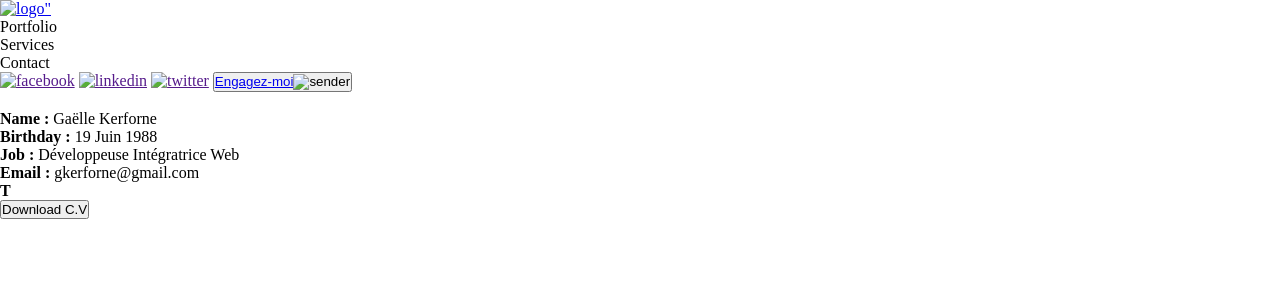
Repository: helfina/my_SiteWeb_gaelle-kfe
Page: index.html
An editor plug-in stored every save of this project. The page is shown before and after a run of saves, followed by the edit.
The browser window is 1280 px wide. The pictures show the whole page.

Above is the page before, as saved 2020-11-08 11:31:04.

### index.html
<!DOCTYPE html>
<html lang="en">
<head>
    <meta charset="UTF-8">
    <meta name="viewport" content="width=device-width, initial-scale=1.0">
    <link rel="stylesheet" href="assets/css/style.css">

    <title>Gaëlle Kerforne étudiante Freelances</title>


</head>
<body>
    <!-------------------------------------------------------------
                                HEADER
    -------------------------------------------------------------->
    <header>
        <nav>
            <a href="index.html"><img src="" alt=logo"></a>
            <ul>
                <li><a href=""></a>Portfolio</li>
                <li><a href=""></a>Services</li>
                <li><a href=""></a>Contact</li>
            </ul>
            <a href=""><img src="" alt="facebook"></a>
            <a href=""><img src="" alt="linkedin"></a>
            <a href=""><img src="" alt="twitter"></a>

            <button><a href="mailto:gkerforne@gmail.com">Engagez-moi</a><img src="" alt="sender"></button>

        </nav>
    </header>
    <main>
        <section>
            <h1></h1>
            <h2></h2>
            <img src="" alt="">
            <ul>
                <li><strong>Name : </strong> Gaëlle Kerforne</li>
                <li><strong>Birthday : </strong> 19 Juin 1988</li>
                <li><strong> Job : </strong> Développeuse Intégratrice Web</li>
                <li><a href="mailto:gkerforne@gmail.com"></a><strong>Email : </strong> gkerforne@gmail.com</li>
                <li><a href="tel:0786598911"></a><strong>T</strong></li>
            </ul>
            <button><a href="" download=""></a>Download C.V</button>
        </section>
        <section>
            <h3></h3>
            <h3></h3>
            <div>
                <article>

                </article>
            </div>
            <div>
                <article>

                </article>
            </div>
        </section>
    </main>
</body>
</html>

### assets/css/style.css
/*
                    RESET CSS
*/
* {
  margin: 0;
  padding: 0;
  outline: 0;
  box-sizing: border-box;
}

body {
 background: ;
 color: ;
 -webkit-font-smoothing: antialiased;
}

body, input, button {
 font-size: ;
 font-family: ;
}

button {
 cursor: pointer;
}
/*
                   Index
*/

After the next 6 saves:
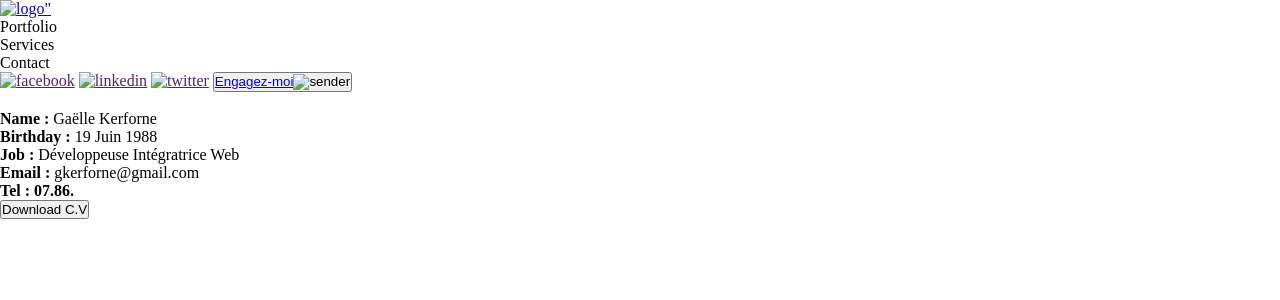
The 6 saves are shown as one change because they came seconds apart.
The last was saved 16 s later.
--- a/index.html
+++ b/index.html
@@ -39,7 +39,7 @@
                 <li><strong>Birthday : </strong> 19 Juin 1988</li>
                 <li><strong> Job : </strong> Développeuse Intégratrice Web</li>
                 <li><a href="mailto:gkerforne@gmail.com"></a><strong>Email : </strong> gkerforne@gmail.com</li>
-                <li><a href="tel:0786598911"></a><strong>T</strong></li>
+                <li><a href="tel:0786598911"></a><strong>Tel : 07.86.</strong></li>
             </ul>
             <button><a href="" download=""></a>Download C.V</button>
         </section>
